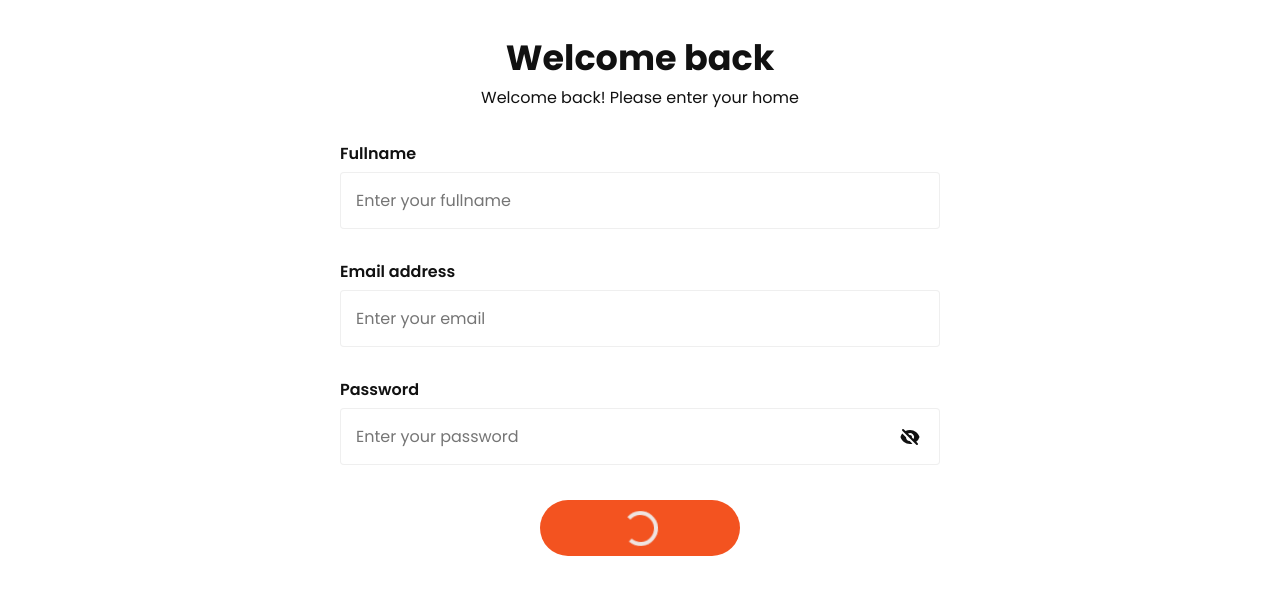
Repository: hoang0508/ReactJs-Fruits
Page: /sign-up
These files come from the project's save history. The page is drawn as it stood at one moment and after the next save; the edit follows.
The browser window is 1280 px wide. The pictures show the whole page.
The project was rebuilt for these pictures with package versions that can differ from the ones it lists, and the page was loaded fresh each time. Also part of the build but not shown: src/Pages/NotFoundPage.js, src/components/icon/IconOpen.js, src/hooks/useHookAPI.js, src/hooks/useLocalStrorage.js, src/components/context/Auth-Context.js, src/components/Media/Social.scss, src/components/Media/Social.js, src/components/Footer/Footercoppy.js and 34 more.

Above is the page before, as saved 2022-05-12 22:38:21.

After the next save:
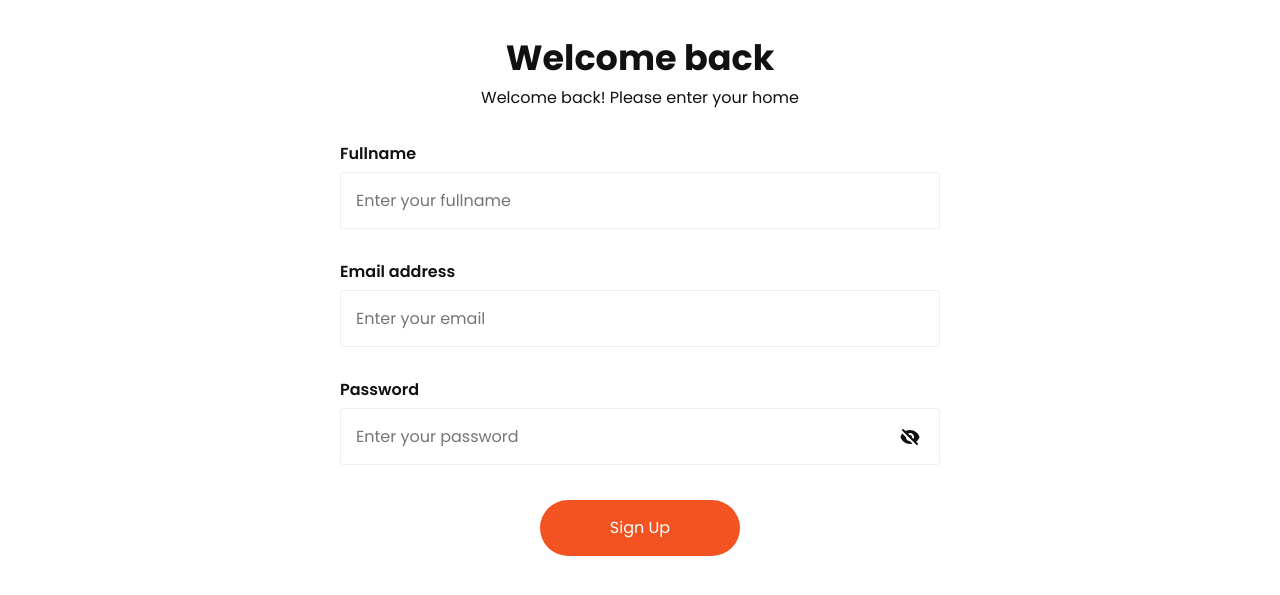
Saved 13 s later.
--- a/src/components/button/Button.js
+++ b/src/components/button/Button.js
@@ -40,7 +40,7 @@ const Button = ({
       height={height}
       className={className}
     >
-      {!isLoading ? <div className="loading"></div> : children}
+      {isLoading ? <div className="loading"></div> : children}
     </ButtonStyles>
   );
 };
